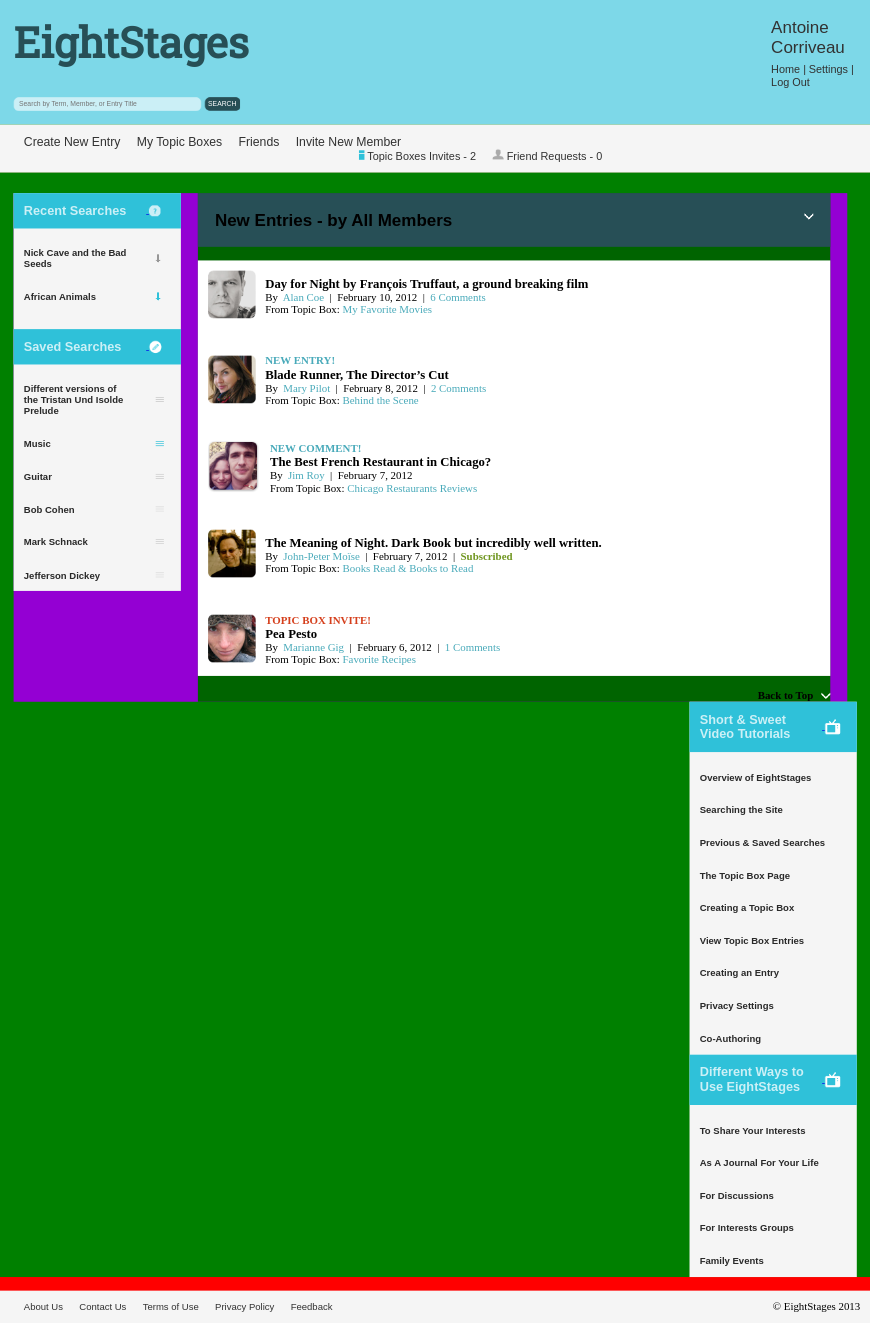
Repository: bhattaraib58/eighstages-lf-design
Page: Assignment 3/Eight Stages Website Mockup Done/index.html
The author's editor kept a copy of each file at every save. The page is drawn from the files as they stood at one save, then again after the next save.
The browser window is 1280 px wide. The pictures show the whole page, at 68% of full size.
Some web fonts or font styles are not loaded; a fallback is used.

Above is the page before, as saved 2019-06-10 03:32:31.

After the next save:
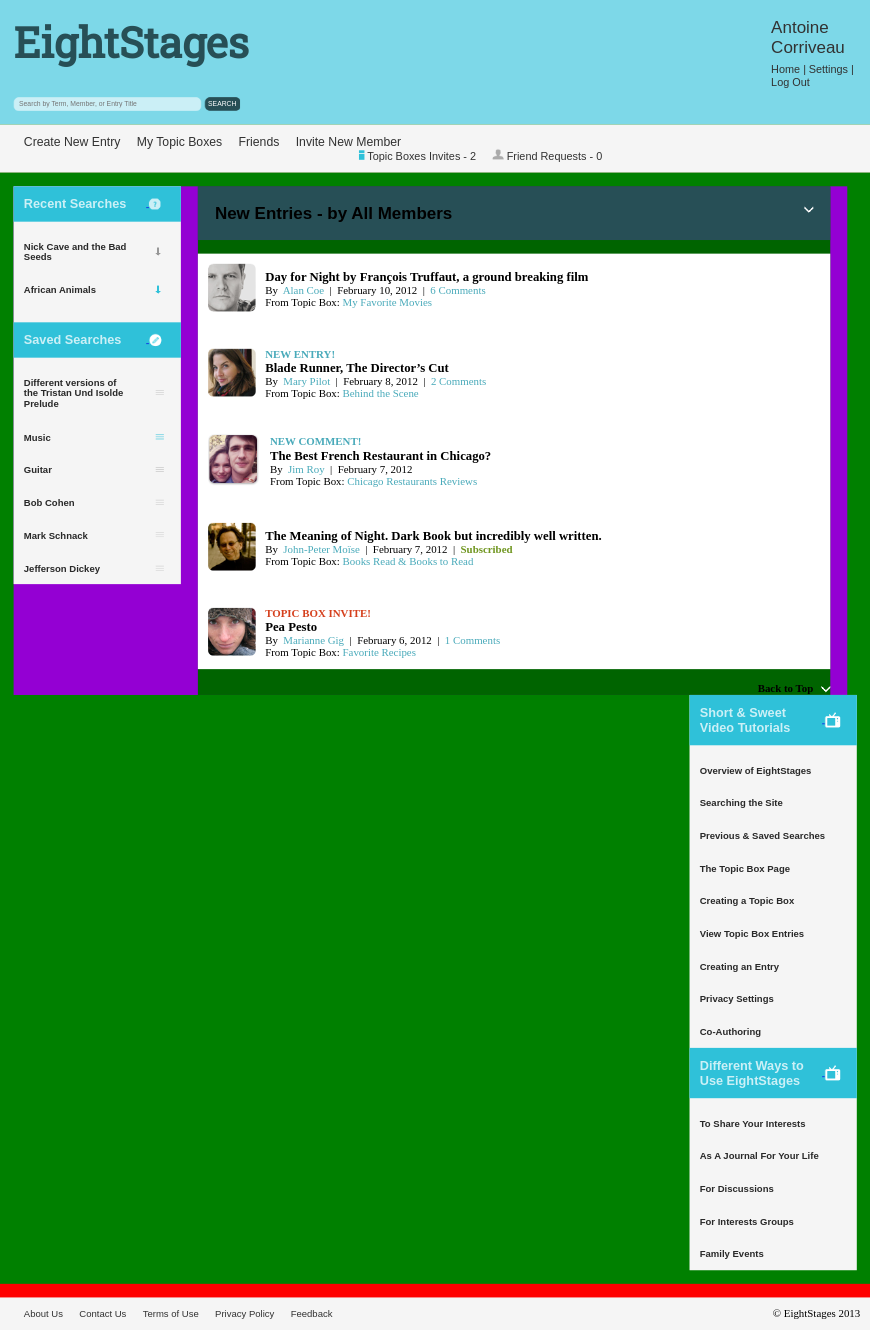
Saved 119 s later.
--- a/Assignment 3/Eight Stages Website Mockup Done/css/style.css
+++ b/Assignment 3/Eight Stages Website Mockup Done/css/style.css
@@ -139,7 +139,7 @@
 }
 
 .container {
-    padding: 30px 20px 0px 20px;
+    padding: 20px;
     background-color: green;
     margin-bottom: 20px;
 }
